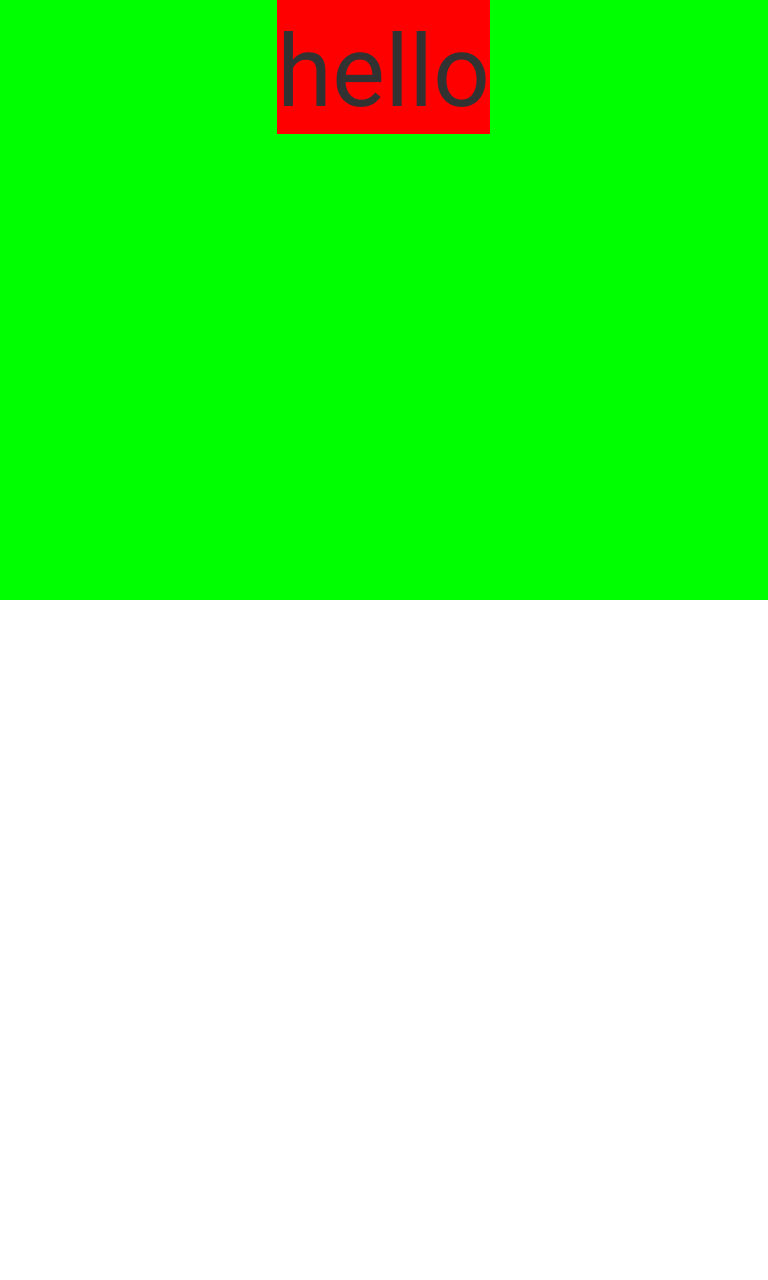
Repository: KungW/windows_learn_java_track
Layout: S01E14relativelayout2/res/layout/activity_main.xml
These files come from the project's save history. The layout is drawn as it stood at one moment and after the next save; the edit follows.
It is drawn on a 768 x 1280 px phone screen (xhdpi) without system bars, with theme AppTheme; the app's code is not run.

Above is the layout before, as saved 2016-10-11 04:23:50.

After the next save:
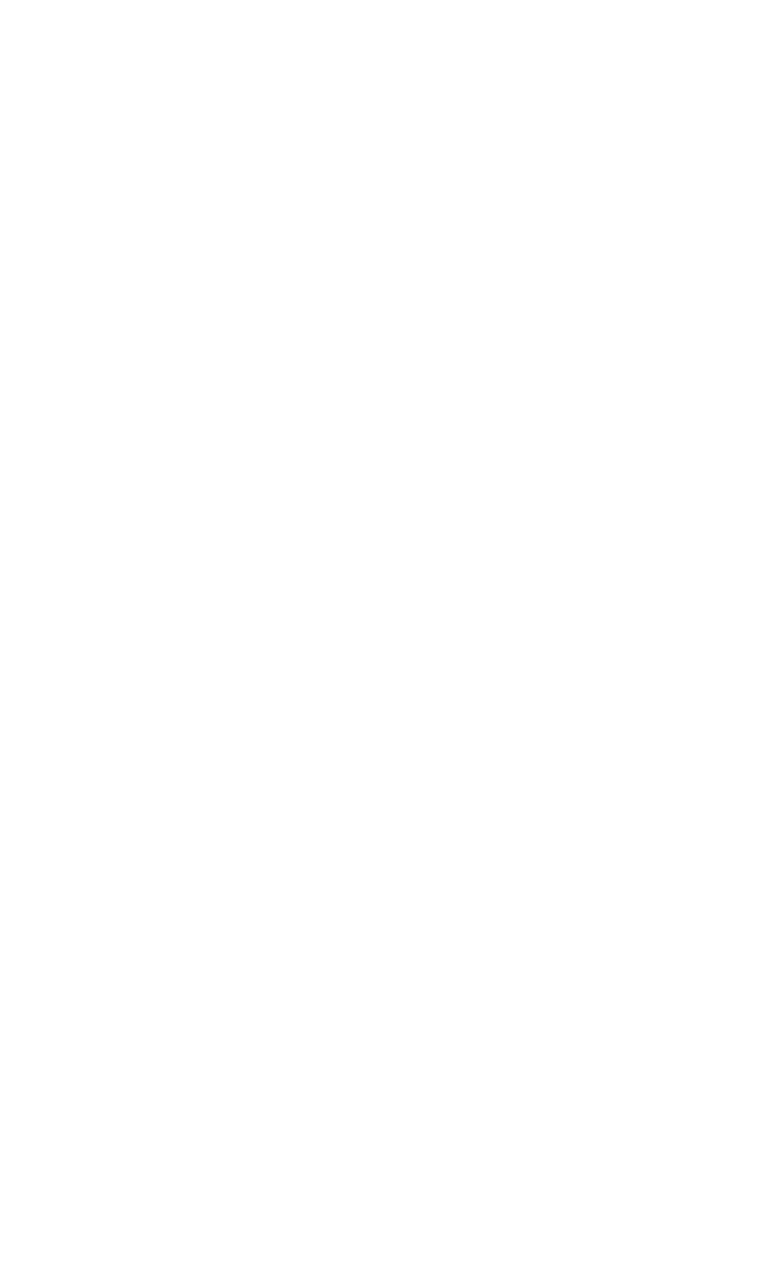
Saved 36 s later.
--- a/S01E14relativelayout2/res/layout/activity_main.xml
+++ b/S01E14relativelayout2/res/layout/activity_main.xml
@@ -34,7 +34,10 @@
         android:layout_alignParentBottom="true"
         android:text="hello" />
  	    </RelativeLayout> -->
- 	    <RelativeLayout
+
+
+ 	    <!--对齐负控件中央  -->
+ 	    <!-- <RelativeLayout
  	    android:layout_width="match_parent"
  	    android:layout_height="300dp"
  	    android:background="#00ff00">
@@ -46,5 +49,5 @@
         android:textSize="50sp"
         android:layout_centerHorizontal="true"
         android:text="hello" />
- 	    </RelativeLayout>
+ 	    </RelativeLayout> -->
 </RelativeLayout>

After the save that followed:
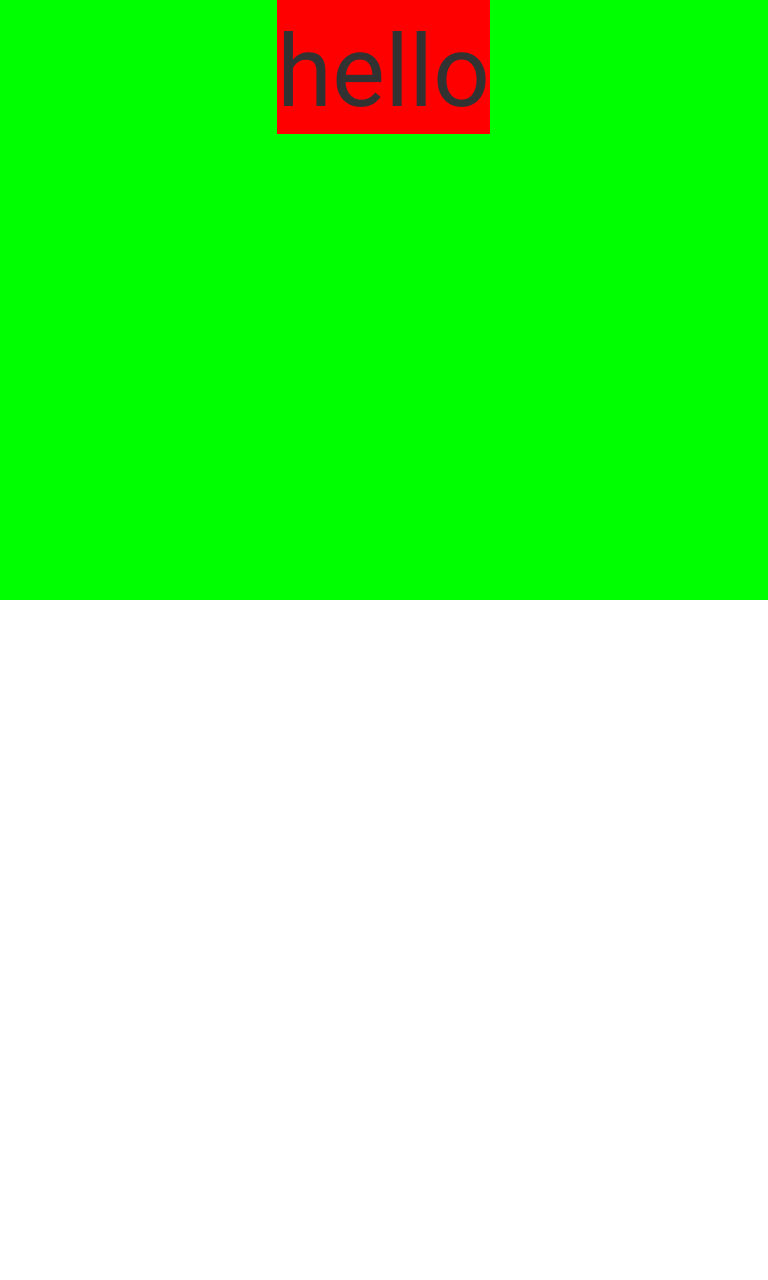
Saved 17 s later.
--- a/S01E14relativelayout2/res/layout/activity_main.xml
+++ b/S01E14relativelayout2/res/layout/activity_main.xml
@@ -37,7 +37,7 @@
 
 
  	    <!--对齐负控件中央  -->
- 	    <!-- <RelativeLayout
+ 	     <RelativeLayout
  	    android:layout_width="match_parent"
  	    android:layout_height="300dp"
  	    android:background="#00ff00">
